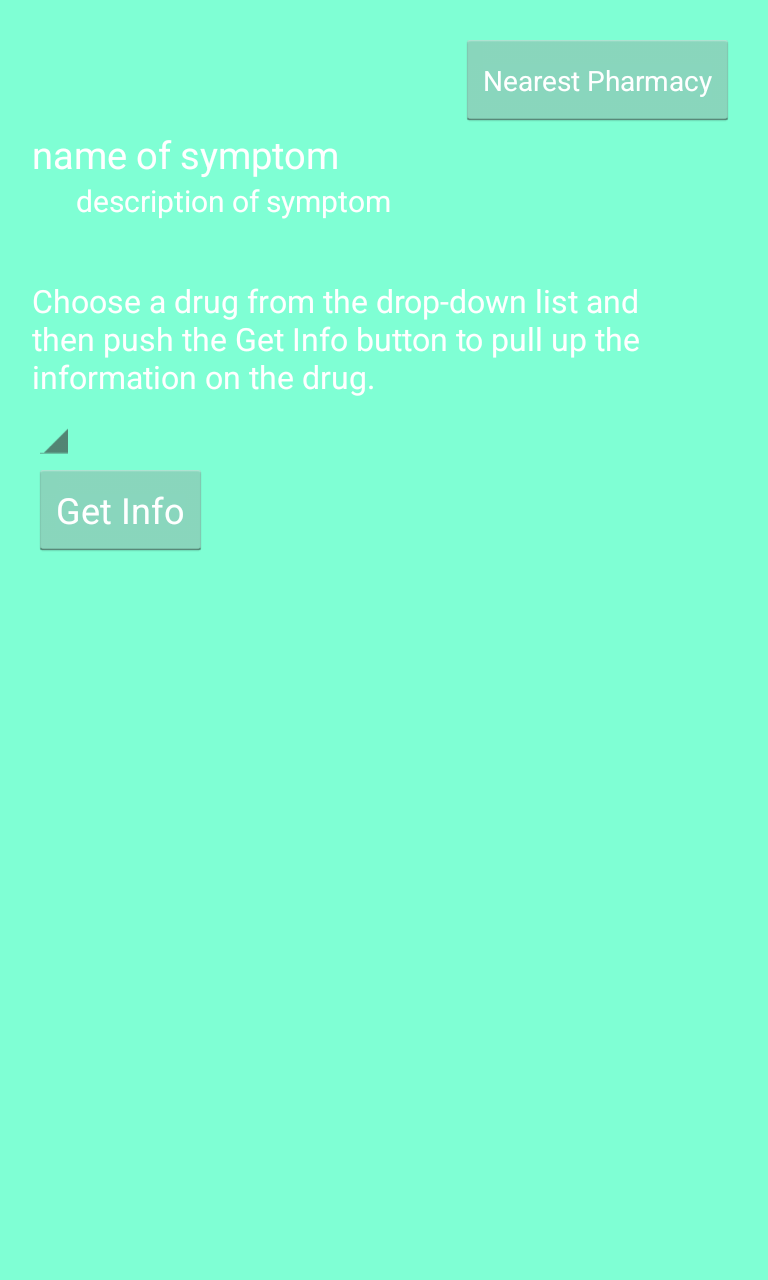
Repository: rosingrr/SympMeds
Layout: app/SympMeds/res/layout/activity_drug_list.xml
These files come from the project's save history. The layout is drawn as it stood at one moment and after a run of saves; the edit follows.
It is drawn on a 768 x 1280 px phone screen (xhdpi) without system bars, with theme AppTheme; the app's code is not run.

Above is the layout before, as saved 2013-08-02 13:56:46.

After the next 2 saves:
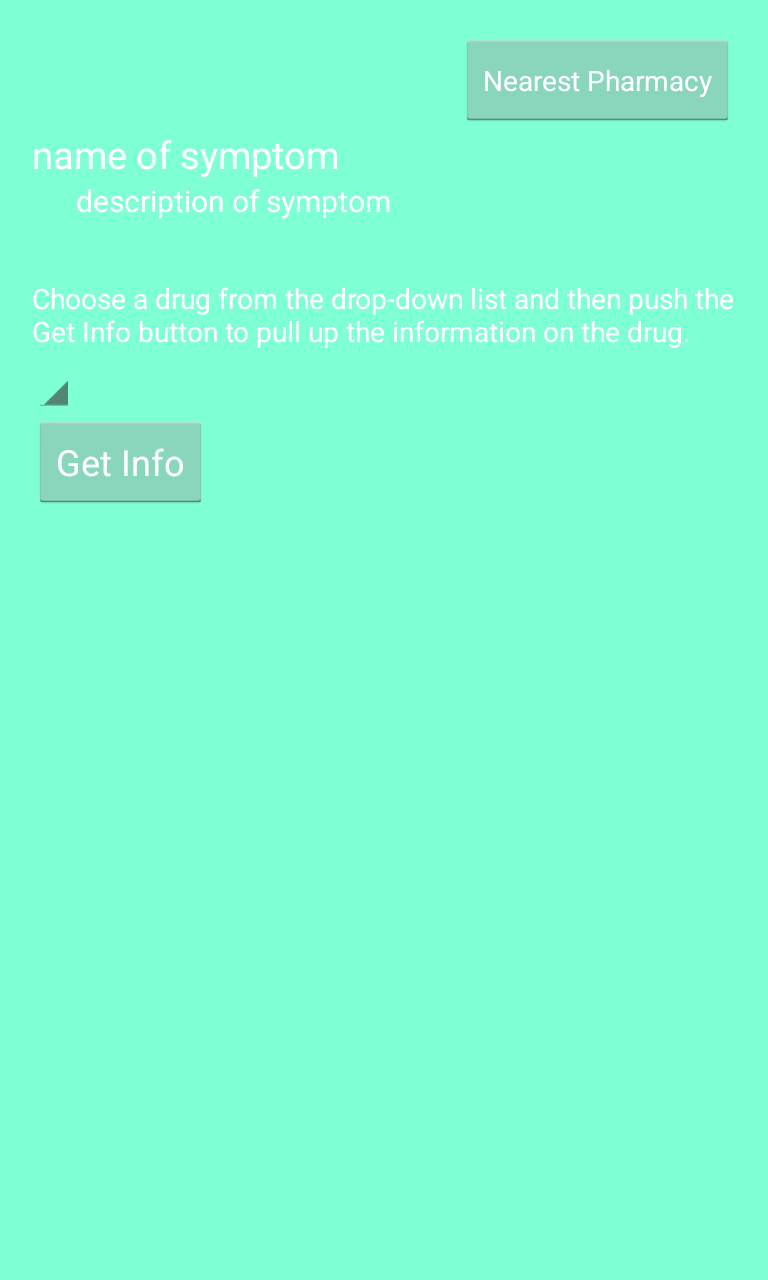
The 2 saves are shown as one change because 1 did not build or start.
The last was saved 6 h 23 min later.
--- a/app/SympMeds/res/layout/activity_drug_list.xml
+++ b/app/SympMeds/res/layout/activity_drug_list.xml
@@ -51,7 +51,7 @@
         android:layout_marginTop="29dp"
         android:text="@string/drug_instructions"
         android:textColor="@color/white"
-        android:textSize="16" />
+        android:textSize="@string/16" />
 
     <Spinner
         android:id="@+id/drug_spinner"
--- a/app/SympMeds/res/values/strings.xml
+++ b/app/SympMeds/res/values/strings.xml
@@ -29,4 +29,6 @@
     <string name="unknown">unknown</string>
     <string name="medications">Medications</string>
 
+    <string name="16">16</string>
+
 </resources>
